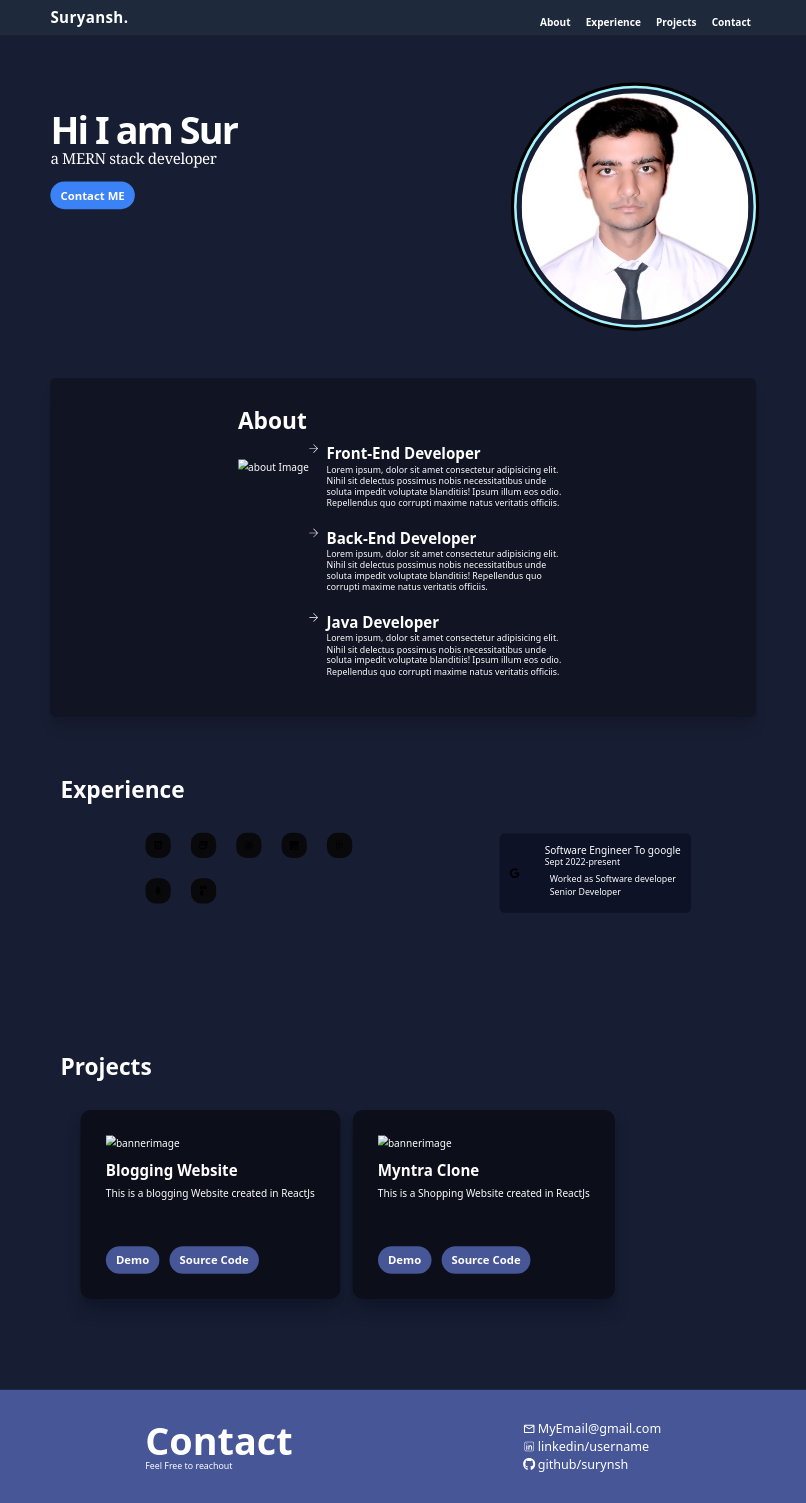
Repository: suryanshsingh99181/portfolio
Page: /
An editor plug-in stored every save of this project. The page is shown before and after the next save, followed by the edit.
The browser window is 1280 px wide. The pictures show the whole page, at 63% of full size.
The project was rebuilt for these pictures with package versions that can differ from the ones it lists, and the page was loaded fresh each time. Also part of the build but not shown: vite.config.js.

Above is the page before, as saved 2024-08-22 08:42:48.

After the next save:
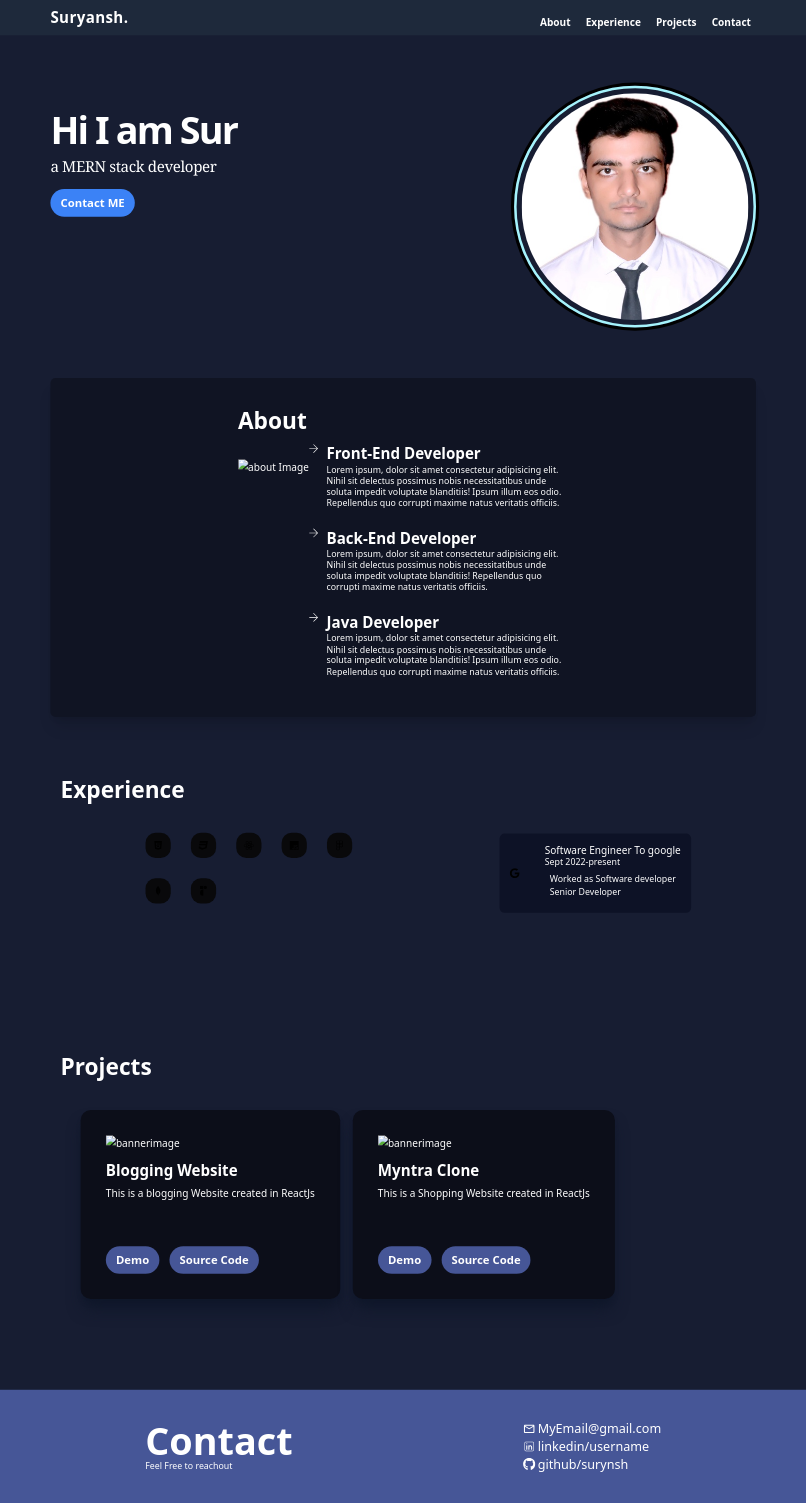
Saved 57 s later.
--- a/src/Components/home/Home.jsx
+++ b/src/Components/home/Home.jsx
@@ -9,7 +9,7 @@
         <h1 className="text-3xl md:text-6xl font-bold flex leading-normal tracking-tighter ">
           <TextChanger />
         </h1>
-        <p className="text-sm md:text-2xl leading-tight tracking-tight font-serif">
+        <p className="text-sm md:text-2xl leading-tight tracking-tight font-serif mt-3">
           a MERN stack developer
         </p>
         <button className=" bg-blue-500 mt-5 md:md-10 text-white py-2 px-3 text-sm md:text-lg md:px-4 hover:opacity-85 duration-300 hover:scale-105 font-semibold rounded-3xl bg-[#46]">
